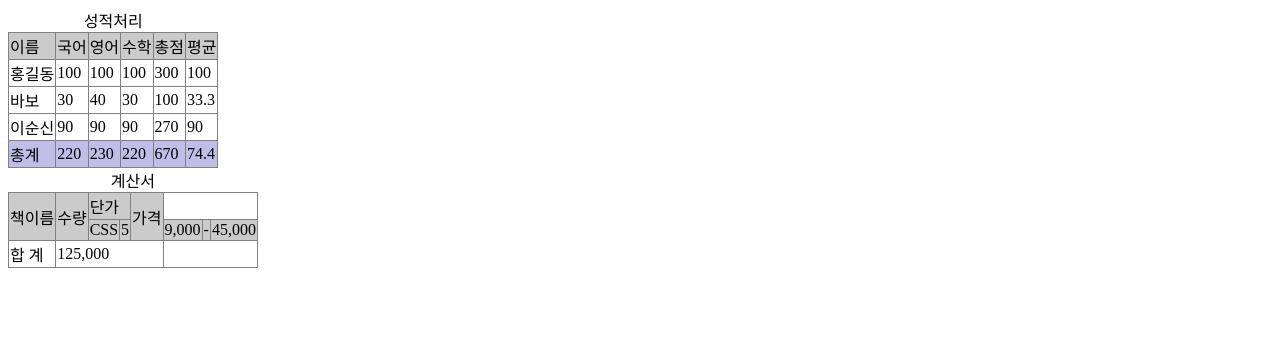
Repository: marudaga/html-css-lecture
Page: work/study/src/main/webapp/htmlEx/ch04/ex02.html
The author's editor kept a copy of each file at every save. The page is drawn from the files as they stood at one save, then again after the next save.
The browser window is 1280 px wide. The pictures show the whole page.

Above is the page before, as saved 2022-09-07 03:08:33.

### work/study/src/main/webapp/htmlEx/ch04/ex02.html
<!DOCTYPE html>
<html>
<head>
<meta charset="UTF-8">
<title>Insert title here</title>
</head>
<body>
	<table border="1" style="border-collapse: collapse;">
		<caption>성적처리</caption>
		<tr style="background: rgb(203, 203, 203);">
			<td>이름</td>
			<td>국어</td>
			<td>영어</td>
			<td>수학</td>
			<td>총점</td>
			<td>평균</td>
		</tr>
		<tr>
			<td>홍길동</td>
			<td>100</td>
			<td>100</td>
			<td>100</td>
			<td>300</td>
			<td>100</td>
		</tr>
		<tr>
			<td>바보</td>
			<td>30</td>
			<td>40</td>
			<td>30</td>
			<td>100</td>
			<td>33.3</td>
		</tr>
		<tr>
			<td>이순신</td>
			<td>90</td>
			<td>90</td>
			<td>90</td>
			<td>270</td>
			<td>90</td>
		</tr>
		<tr style="background: rgb(190, 190, 232);">
			<td>총계</td>
			<td>220</td>
			<td>230</td>
			<td>220</td>
			<td>670</td>
			<td>74.4</td>
		</tr>
	</table>
	<table border="1" style="border-collapse: collapse;">
		<caption>계산서</caption>
		<tr style="background: rgb(203, 203, 203);">
			<td rowspan="2">책이름</td>
			<td rowspan="2">수량</td>
			<td colspan="2">단가</td>
			<td rowspan="2">가격</td>
		</tr>
		<tr style="background: rgb(203, 203, 203);>

			<td>정가</td>
			<td>세일가</td>

		</tr>
		<tr>
			<td>HTML</td>
			<td>10</td>
			<td>10,000</td>
			<td>8,000</td>
			<td>80,000</td>
		</tr>
		<tr style="background: rgb(190, 190, 232);">
			<td>CSS</td>
			<td>5</td>
			<td>9,000</td>
			<td>-</td>
			<td>45,000</td>
		</tr>
		<tr>
			<td>합  계</td>
			<td colspan="4">125,000</td>
		</tr>
	</table>

</body>
</html>

After the next save:
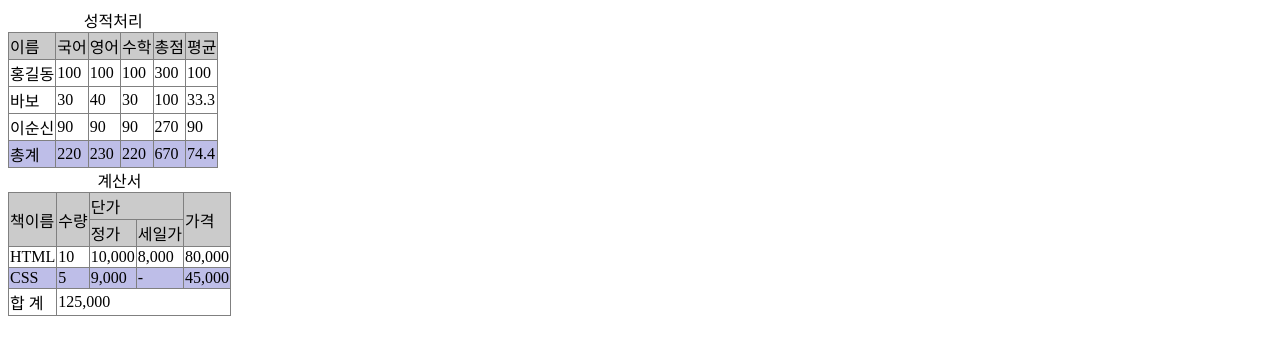
Saved 37 s later.
--- a/work/study/src/main/webapp/htmlEx/ch04/ex02.html
+++ b/work/study/src/main/webapp/htmlEx/ch04/ex02.html
@@ -56,7 +56,7 @@
 			<td colspan="2">단가</td>
 			<td rowspan="2">가격</td>
 		</tr>
-		<tr style="background: rgb(203, 203, 203);>
+		<tr style="background: rgb(203, 203, 203);">
 
 			<td>정가</td>
 			<td>세일가</td>
